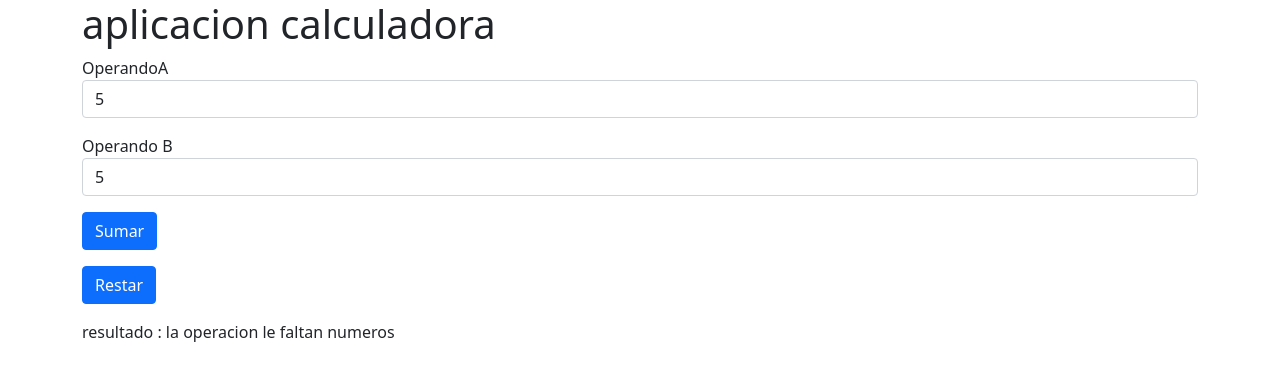
Repository: iwinser117/dw
Page: javascript udemy 43/ejercices/calculadora/index.html
These files come from the project's save history. The page is drawn as it stood at one moment and after the next save; the edit follows.
The browser window is 1280 px wide. The pictures show the whole page.
Empty fields were first filled with sample values (such as "Sample", 5 or name@example.com).
After loading, the first visible `#resultado > button` was clicked once.

Above is the page before, as saved 2022-10-02 11:58:59.

After the next save:
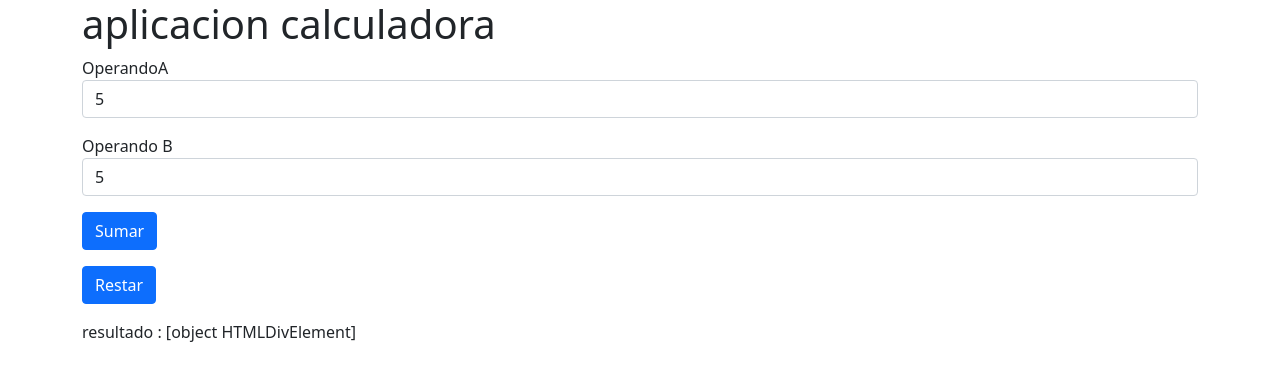
Saved 11 s later.
--- a/javascript udemy 43/ejercices/calculadora/js/app.js
+++ b/javascript udemy 43/ejercices/calculadora/js/app.js
@@ -18,7 +18,7 @@
     let operandoB = forma[`operandoB`];
     let resultadoResta = parseInt(operandoA.value) - parseInt(operandoB.value);
     if (isNaN(resultado))
-        resultado = `la operacion le faltan numeros`;
+        resultadoResta = `la operacion le faltan numeros`;
     document.getElementById(`resultadoResta`).innerHTML = `resultado : ${resultado}`;
     console.log(`resultado : ${resultadoResta}`);
 }

After the 2 saves that followed:
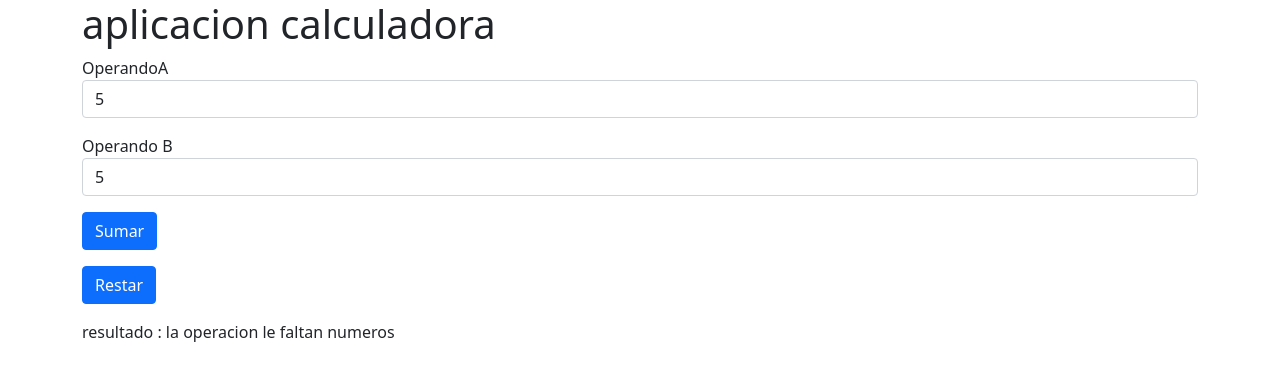
The 2 saves are shown as one change because they came seconds apart.
The last was saved 27 s later.
--- a/javascript udemy 43/ejercices/calculadora/js/app.js
+++ b/javascript udemy 43/ejercices/calculadora/js/app.js
@@ -19,6 +19,6 @@
     let resultadoResta = parseInt(operandoA.value) - parseInt(operandoB.value);
     if (isNaN(resultado))
         resultadoResta = `la operacion le faltan numeros`;
-    document.getElementById(`resultadoResta`).innerHTML = `resultado : ${resultado}`;
+    document.getElementById(`resultadoResta`).innerHTML = `resultado : ${resultadoResta}`;
     console.log(`resultado : ${resultadoResta}`);
 }
